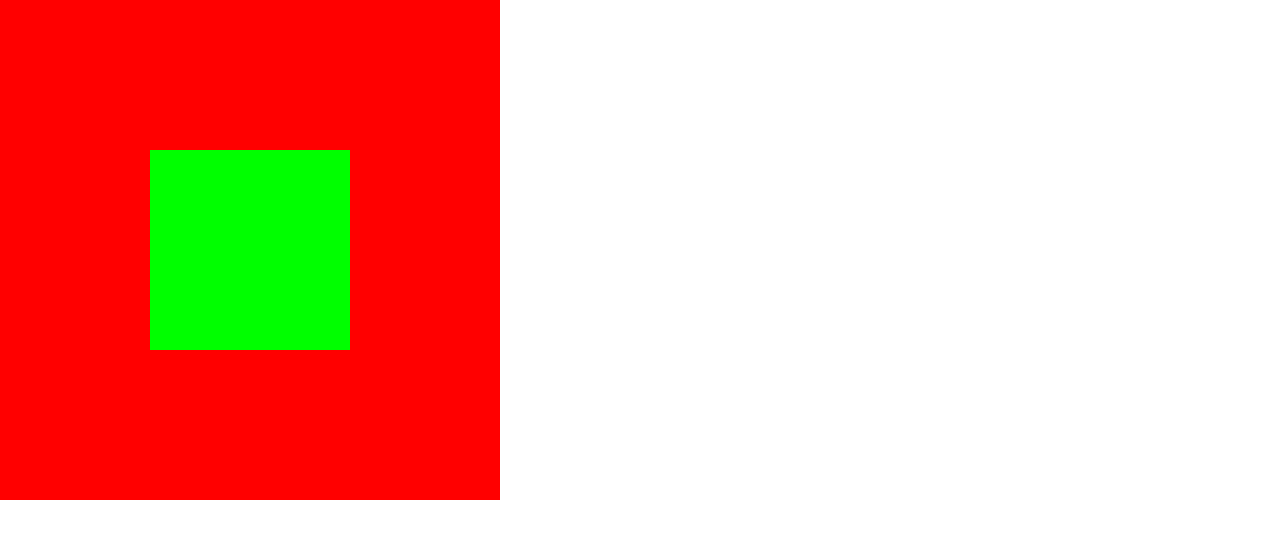
Repository: jady21a/coderwhy_practice
Page: css/盒子居中.html
An editor plug-in stored every save of this project. The page is shown before and after the next save, followed by the edit.
The browser window is 1280 px wide. The pictures show the whole page.

Above is the page before, as saved 2022-04-18 01:34:01.

After the next save:
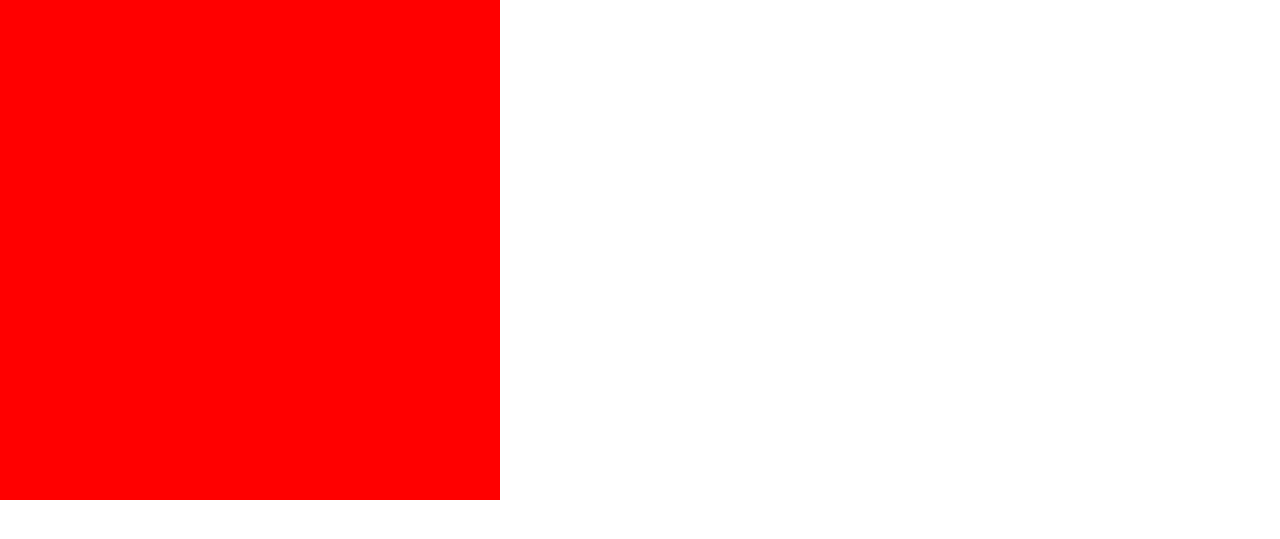
Saved 58 s later.
--- a/css/盒子居中.html
+++ b/css/盒子居中.html
@@ -20,7 +20,7 @@
     position: relative;
   }
 
-  .contenar {
+  .contemner {
     width: 200px;
     height: 200px;
     background-color: #0f0;

After the 5 saves that followed:
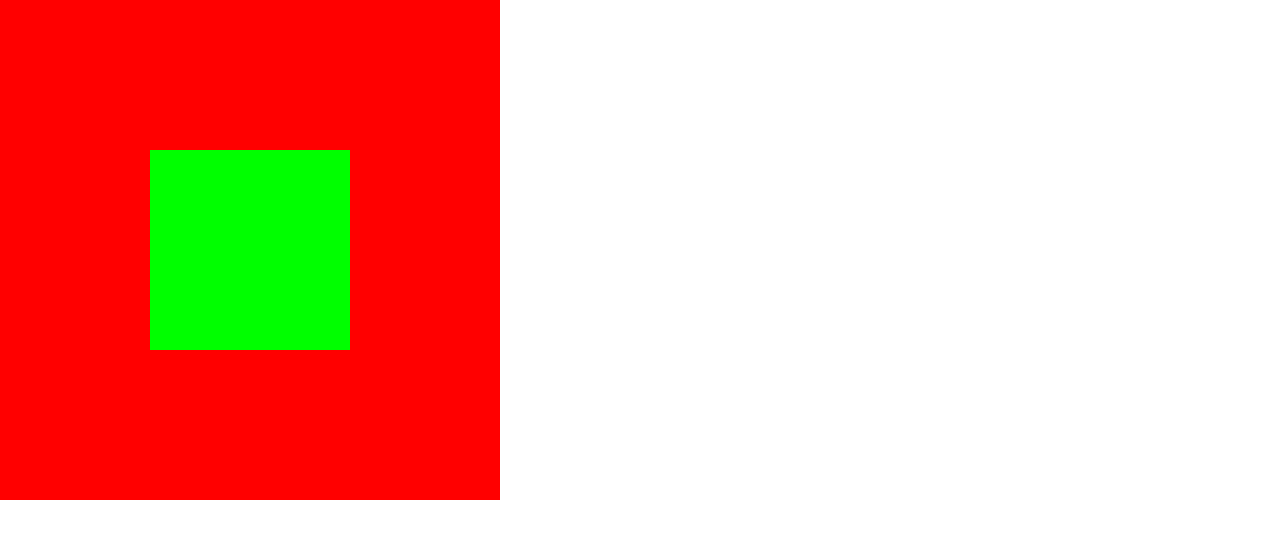
The 5 saves are shown as one change because 3 left the picture as it was and some came seconds apart.
The last was saved 2 min 27 s later.
--- a/css/盒子居中.html
+++ b/css/盒子居中.html
@@ -20,7 +20,7 @@
     position: relative;
   }
 
-  .contemner {
+  .container {
     width: 200px;
     height: 200px;
     background-color: #0f0;
@@ -38,7 +38,7 @@
 <body>
 
   <div class="outer">
-    <div class="contenar"></div>
+    <div class="container"></div>
   </div>
 </body>
 
